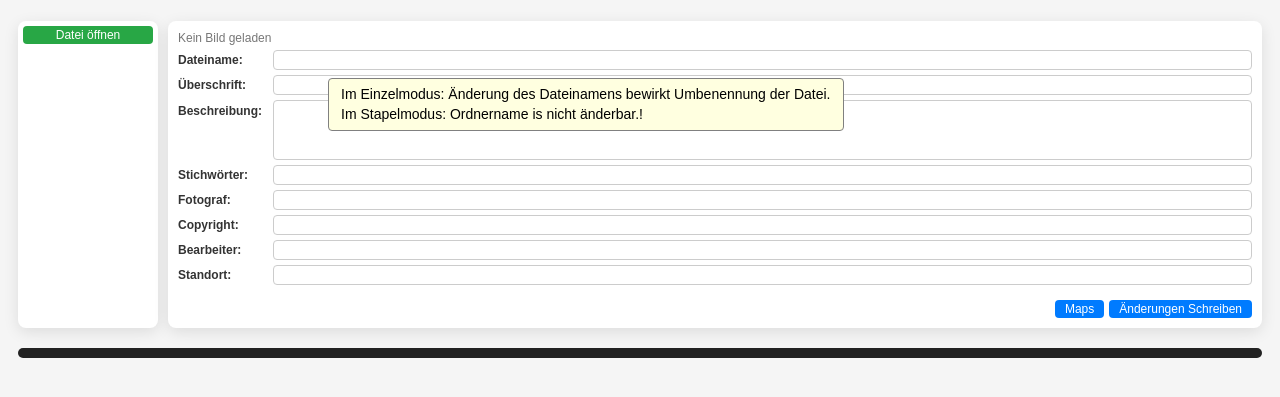
Repository: h-fahle/metadata
Page: ui/index.html
An editor plug-in stored every save of this project. The page is shown before and after the next save, followed by the edit.
The browser window is 1280 px wide. The pictures show the whole page.
The pointer rests on the first visible `.tooltip`.

Above is the page before, as saved 2026-08-18 12:52:22.

After the next save:
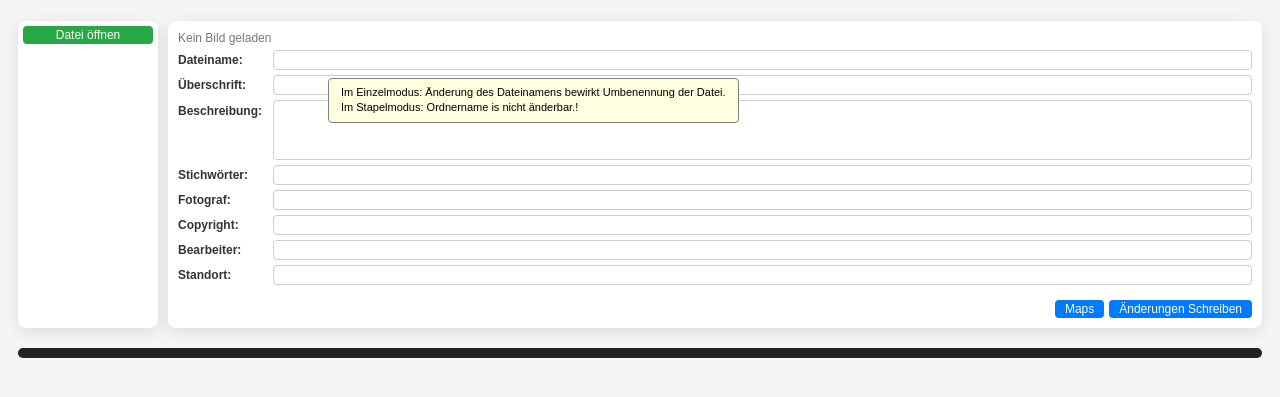
Saved 14 s later.
--- a/ui/style.css
+++ b/ui/style.css
@@ -219,7 +219,7 @@ textarea:focus {
   color: black;
   border: 1px solid gray;
   border-radius: 4px;
-  font-size: 14px;
+  font-size: 11px;
   line-height: 1.4;
 
   /* Dynamische Breite */
